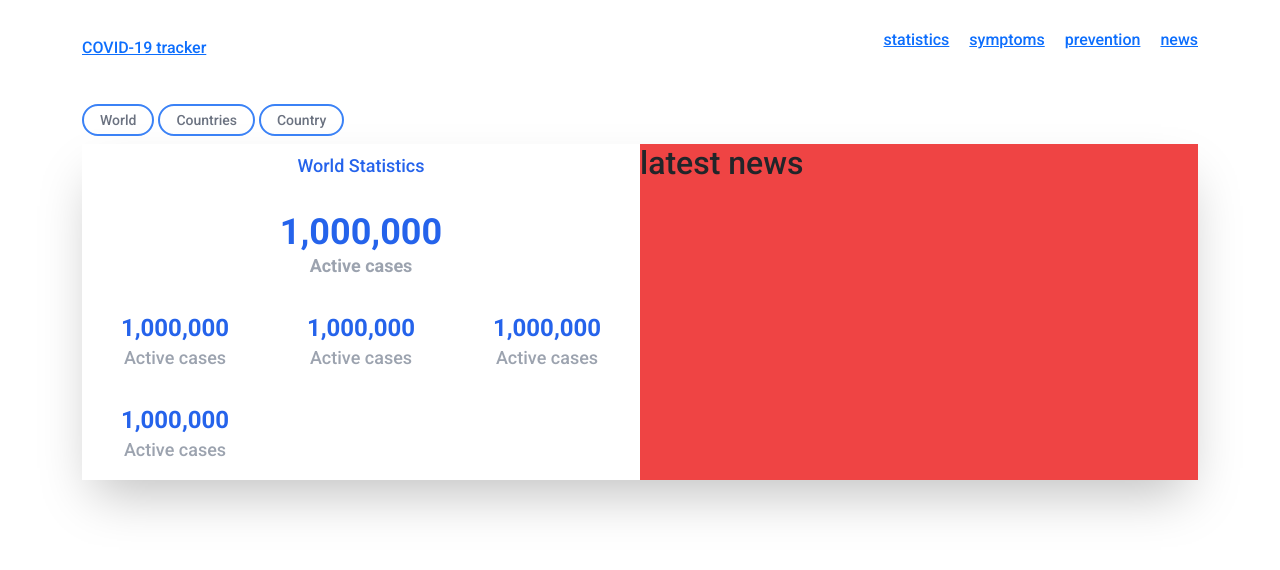
Repository: latenightsnacc/covid-19tracker
Page: design/index.html
The author's editor kept a copy of each file at every save. The page is drawn from the files as they stood at one save, then again after the next save.
The browser window is 1280 px wide. The pictures show the whole page.
Some web libraries are served in a nearby version.

Above is the page before, as saved 2021-07-22 16:43:54.

### design/index.html
<!DOCTYPE html>
<html lang="en">
<head>
    <meta charset="UTF-8">
    <meta http-equiv="X-UA-Compatible" content="IE=edge">
    <meta name="viewport" content="width=device-width, initial-scale=1.0">
    <!--Tailwind Css-->
    <link href="https://unpkg.com/tailwindcss@^2/dist/tailwind.min.css" rel="stylesheet">
    <!--Bootstrap CSS-->
    <link href="https://cdn.jsdelivr.net/npm/bootstrap@5.0.0-beta3/dist/css/bootstrap.min.css" rel="stylesheet" integrity="sha384-eOJMYsd53ii+scO/bJGFsiCZc+5NDVN2yr8+0RDqr0Ql0h+rP48ckxlpbzKgwra6" crossorigin="anonymous">
    <!--Font Awesome 5 CDN-->
    <link href="https://cdnjs.cloudflare.com/ajax/libs/font-awesome/5.13.0/css/all.min.css" rel="stylesheet">
    <!--Roboto: Google Font-->
    <link rel="preconnect" href="https://fonts.googleapis.com">
<link rel="preconnect" href="https://fonts.gstatic.com" crossorigin>
<link href="https://fonts.googleapis.com/css2?family=Roboto:wght@300;500;700&display=swap" rel="stylesheet">
    <title>COVID-19 Tracker</title>
    <style>
        * {
            font-family: 'Roboto', sans-serif;
        }
        #coco {

            fill: rgb(1, 1, 58);
            stroke: rgb(95, 4, 80);
            stroke-width: 5px;
            animation: virus-spin infinite 20s linear;

        }

        @keyframes virus-spin {
            from {
                /* transform: rotate(0deg); */
                transform: rotateZ(0deg);
            }
            to {
                transform: rotateZ(-360deg);
            }
        }

    </style>
</head>
<body>
    <main class="m-auto">
        <!--Navigation Component-->
        <div class="container">
            <nav class="flex justify-between w-100 items-center h-24">
                <a href="index.html">
                    <div>COVID-19 tracker</div>
                </a>
                <ul class="flex">
                    <li>
                        <a href="">statistics</a>
                    </li>
                    <li class="ml-5">
                        <a href="">symptoms</a>
                    </li>
                    <li class="ml-5">
                        <a href="">prevention</a>
                    </li>
                    <li class="ml-5">
                        <a href="">news</a>
                    </li>
                </ul>
            </nav>
        </div>

        <div class="container">
            <div class="tags py-2">
                <button class="border-2 border-blue-500 px-3 py-1 rounded-2xl text-gray-500 hover:bg-blue-500 hover:text-white text-mute text-sm capitalize">world</button>
                <button class="border-2 border-blue-500 px-3 py-1 rounded-2xl text-gray-500 hover:bg-blue-500 hover:text-white text-mute text-sm capitalize">countries</button>
                <button class="border-2 border-blue-500 px-3 py-1 rounded-2xl text-gray-500 hover:bg-blue-500 hover:text-white text-mute text-sm capitalize">country</button>
            </div>
            <div class="flex flex-col md:flex-row  shadow-2xl">

                <div class="w-100 md:w-1/2 ">
                    <h1 class="text-blue-600 text-center py-2 text-lg">World Statistics</h1>
                    <div class="stats">
                        <div class="w-56 flex flex-col items-center justify-center p-3 m-auto">
                            <span class="text-4xl text-blue-600 font-bold">1,000,000</span>
                            <span class="text-lg text-gray-400 font-bold">Active cases</span>
                        </div>
                        <div class="grid grid-rows-auto grid-cols-3">
                            <div class="flex flex-col items-center justify-center p-3">
                                <span class="text-2xl text-blue-600 font-bold">1,000,000</span>
                                <span class="text-lg text-gray-400 font-semi">Active cases</span>
                            </div>
                            <div class="flex flex-col items-center justify-center p-3">
                                <span class="text-2xl text-blue-600 font-bold">1,000,000</span>
                                <span class="text-lg text-gray-400 font-semi">Active cases</span>
                            </div>
                            <div class="flex flex-col items-center justify-center p-3">
                                <span class="text-2xl text-blue-600 font-bold">1,000,000</span>
                                <span class="text-lg text-gray-400 font-semi">Active cases</span>
                            </div>
                            <div class="flex flex-col items-center justify-center p-3">
                                <span class="text-2xl text-blue-600 font-bold">1,000,000</span>
                                <span class="text-lg text-gray-400 font-semi">Active cases</span>
                            </div>
                        </div>

                    </div>

                </div>
                <div class="w-100 md:w-1/2 bg-red-500"">
                    <h2>latest news</h2>

                </div>

            </div>
        </div>
    </main>
</body>
</html>

After the next save:
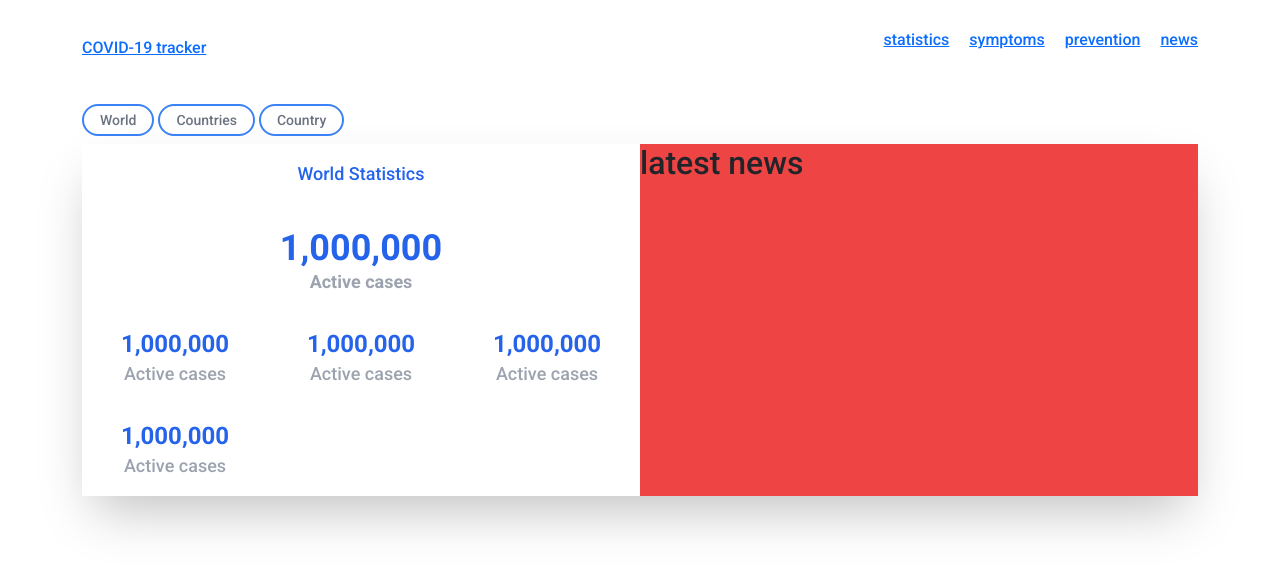
Saved 7 s later.
--- a/design/index.html
+++ b/design/index.html
@@ -74,7 +74,7 @@
             <div class="flex flex-col md:flex-row  shadow-2xl">
 
                 <div class="w-100 md:w-1/2 ">
-                    <h1 class="text-blue-600 text-center py-2 text-lg">World Statistics</h1>
+                    <h1 class="text-blue-600 text-center py-3 text-lg">World Statistics</h1>
                     <div class="stats">
                         <div class="w-56 flex flex-col items-center justify-center p-3 m-auto">
                             <span class="text-4xl text-blue-600 font-bold">1,000,000</span>
